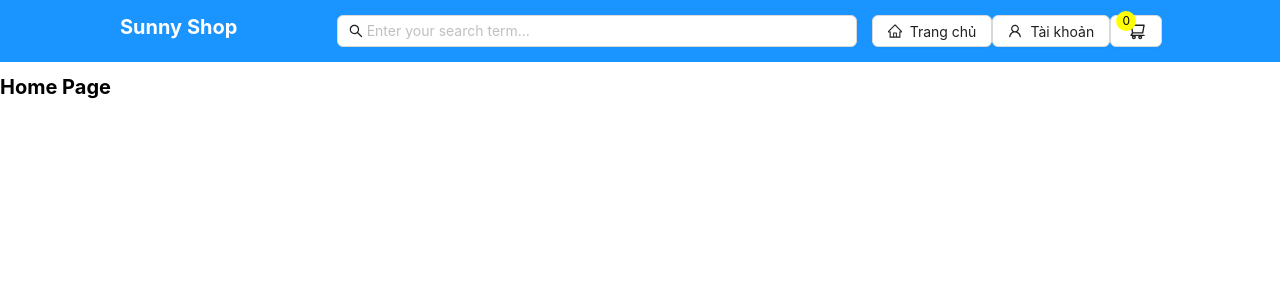
Repository: manhhieu120499/E-Commerce
Page: /
These files come from the project's save history. The page is drawn as it stood at one moment and after the next save; the edit follows.
The browser window is 1280 px wide. The pictures show the whole page.
The project was rebuilt for these pictures with package versions that can differ from the ones it lists, and the page was loaded fresh each time. Also part of the build but not shown: src/pages/product/Product.js, src/pages/order/Order.js, src/pages/notFound/NotFound.js, src/layouts/NormalLayout/NormalLayout.js.

Above is the page before, as saved 2025-01-01 11:49:54.

### src/index.js
import React from "react";
import ReactDOM from "react-dom/client";
import App from "./App";
import reportWebVitals from "./reportWebVitals";
import GlobalStyle from "./GlobalStyles";
import { Provider } from "react-redux";
import store from "./redux/store";

const root = ReactDOM.createRoot(document.getElementById("root"));
root.render(
  <React.StrictMode>
    <Provider store={store}>
      <GlobalStyle>
        <App />
      </GlobalStyle>
    </Provider>
  </React.StrictMode>
);

// If you want to start measuring performance in your app, pass a function
// to log results (for example: reportWebVitals(console.log))
// or send to an analytics endpoint. Learn more: https://bit.ly/CRA-vitals
reportWebVitals();

### src/App.js
import React from "react";
import { BrowserRouter as Router, Route, Routes } from "react-router-dom";
import { publicRoute } from "./route";
function App() {
  return (
    <div className="App">
      <Router>
        <Routes>
          {publicRoute.map((route) => {
            const Page = route.component;
            const Layout = route.layout;
            return (
              <Route
                key={route.path}
                path={route.path}
                element={
                  <Layout>
                    <Page />
                  </Layout>
                }
              />
            );
          })}
        </Routes>
      </Router>
    </div>
  );
}

export default App;

### src/redux/store.js
import { configureStore } from "@reduxjs/toolkit";
import productSlice from "./slices/productSlice";

const store = configureStore({
    reducer: {
        product: productSlice
    }
})

export default store;

### src/route/index.js
import { Home, Product, Order, NotFound } from "../pages";
import { DefaultLayout, NormalLayout } from "../layouts";

const publicRoute = [
  {
    path: "/",
    component: Home,
    layout: DefaultLayout,
  },
  {
    path: "/product",
    component: Product,
    layout: DefaultLayout,
  },
  {
    path: "/order",
    component: Order,
    layout: DefaultLayout,
  },
  {
    path: "*",
    component: NotFound,
    layout: NormalLayout,
  },
];

const privateRoute = [];

export { publicRoute, privateRoute };

### src/GlobalStyles/GlobalStyles.js
import "./css/GlobalStyles.css";
export default function GlobalStyle({ children }) {
    return (
        <div className="wrapper">
            { children }
        </div>
    )
}

### src/redux/slices/productSlice.js
import { createSlice } from "@reduxjs/toolkit";

// const initialState = {
//     products: [],
// }

// export const productSlice = createSlice({
//     name: 'productSlice',
//     initialState,
//     reducers:{
//         setProduct: (state, action) => {
//             return {...state}
//         }
//     }
// })

const initialState = {
    value: 0
}

const productSlice = createSlice({
    name: 'productSlice',
    initialState,
    reducers: {
        increase: (state, action) => {
            return {...state, value: state.value + 1}
        },
        decrease: (state, action) => {
            return {...state, value: state.value - 1}
        }
    }
})

export const { increase, decrease } = productSlice.actions;

export default productSlice.reducer;

### src/pages/index.js
import Home from "./home";
import Product from "./product";
import Order from "./order";
import NotFound from "./notFound";

export { Home, Product, Order, NotFound };

### src/layouts/index.js
import DefaultLayout from "./DefaultLayout";
import NormalLayout from "./NormalLayout";

export { DefaultLayout, NormalLayout };

### src/GlobalStyles/css/GlobalStyles.css
/* @import "antd/dist/antd.css"; */
body {
  margin: 0;
  font-family: -apple-system, BlinkMacSystemFont, 'Segoe UI', 'Roboto', 'Oxygen',
    'Ubuntu', 'Cantarell', 'Fira Sans', 'Droid Sans', 'Helvetica Neue',
    sans-serif;
  -webkit-font-smoothing: antialiased;
  -moz-osx-font-smoothing: grayscale;
  box-sizing: border-box;
  padding: 0;
}

html {
  font-size: 62.5%;
}

.wrapper {
  max-width: 100vw;
  margin: 0 auto;
}

### src/pages/product/index.js
export { default } from './Product'

### src/layouts/NormalLayout/index.js
export { default } from "./NormalLayout";

### src/pages/home/Home.js
export default function Home({children}) {
    return (
        <h1>Home Page</h1>
    )
}

### src/layouts/DefaultLayout/DefaultLayout.js
import { Header } from "../../components";

export default function DefaultLayout({ children }) {
  return (
    <div className="wrapper">
      <Header />
      {children}
    </div>
  );
}

### src/components/index.js
import Header from "./Header";
export { Header };

### src/components/Header/Header.js
import { Button, Col, Row } from "antd";
import {
  ShoppingCartText,
  WrapperRow,
  WrapperShoppingCart,
  WrapperShoppingCartText,
  WrapperSpan,
} from "./HeaderStyle";
import Search from "antd/es/transfer/search";
import {
  HomeOutlined,
  ShoppingCartOutlined,
  UserOutlined,
} from "@ant-design/icons";

export default function Header({ children }) {
  return (
    <div>
      <WrapperRow>
        <Col span={5}>
          <WrapperSpan>Sunny Shop</WrapperSpan>
        </Col>
        <Col span={12}>
          <Search
            placeholder="Enter your search term..."
            allowClear
            style={{
              width: 200,
              height: 60,
            }}
          />
        </Col>
        <Col
          span={7}
          style={{
            display: "flex",
            alignItems: "center",
            justifyContent: "space-around",
            padding: "0 15px",
          }}
        >
          <Button>
            <HomeOutlined />
            <span>Trang chủ</span>
          </Button>
          <Button>
            <UserOutlined />
            <span>Tài khoản</span>
          </Button>
          <Button>
            <WrapperShoppingCart>
              <ShoppingCartOutlined style={{ fontSize: 20 }} />
              <WrapperShoppingCartText>
                <ShoppingCartText>0</ShoppingCartText>
              </WrapperShoppingCartText>
            </WrapperShoppingCart>
          </Button>
        </Col>
      </WrapperRow>
    </div>
  );
}

### src/components/Header/HeaderStyle.js
import { Row } from "antd";
import styled from "styled-components";

export const WrapperRow = styled(Row)`
  padding: 15px 120px;
  background-color: rgb(26, 148, 255);
`;

export const WrapperSpan = styled.span`
  font-size: 20px;
  font-weight: 700;
  color: white;
`;

export const WrapperShoppingCart = styled.div`
  position: relative;
  width: 100%;
`;

export const WrapperShoppingCartText = styled.div`
  position: absolute;
  top: -10px;
  right: 10px;
  width: 20px;
  height: 20px;
  border-radius: 50%;
  background-color: yellow;
`;

export const ShoppingCartText = styled.span`
  font-size: 12px;
  color: black;
`;

Loaded but not shown: public/index.html (common file); src/reportWebVitals.js (common file); src/GlobalStyles/index.js (common file); src/pages/home/index.js (common file); src/pages/order/index.js (common file); src/pages/notFound/index.js (common file); src/layouts/DefaultLayout/index.js (common file); src/components/Header/index.js (common file)

After the next save:
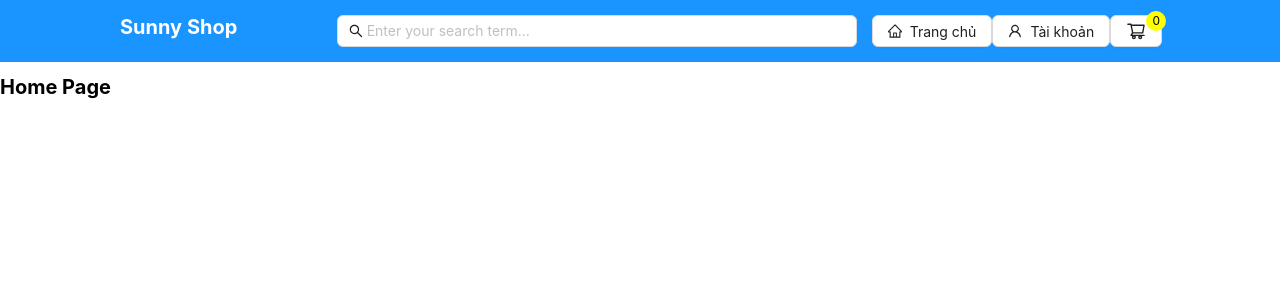
Saved 5 s later.
--- a/src/components/Header/HeaderStyle.js
+++ b/src/components/Header/HeaderStyle.js
@@ -20,7 +20,7 @@ export const WrapperShoppingCart = styled.div`
 export const WrapperShoppingCartText = styled.div`
   position: absolute;
   top: -10px;
-  right: 10px;
+  right: -20px;
   width: 20px;
   height: 20px;
   border-radius: 50%;
